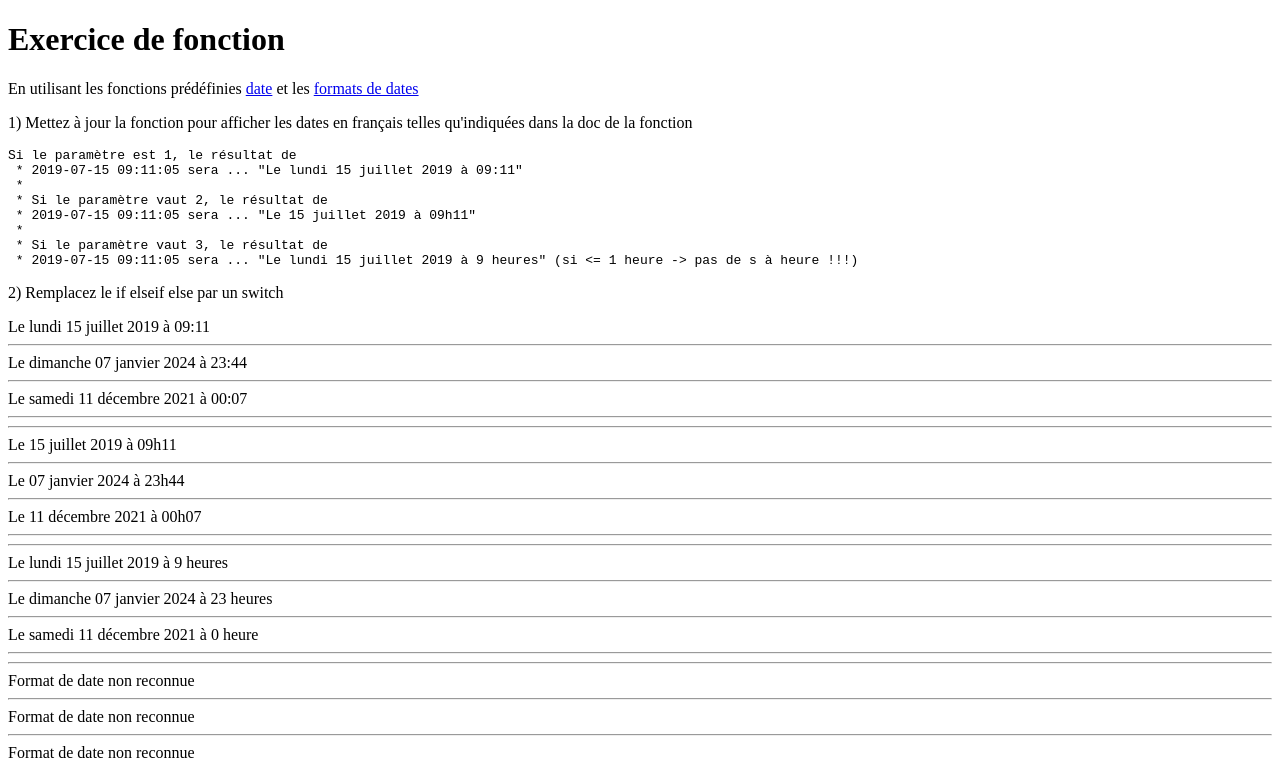
Repository: WebDevCF2m2021/base-php-2021
Page: http://localhost/20-dates-en-francais.php
An editor plug-in stored every save of this project. The page is shown before and after the next save, followed by the edit.
The browser window is 1280 px wide. The pictures show the whole page.
The page is run by PHP 8.4 with error messages shown; the project is at /var/www/html/.

Above is the page before, as saved 2021-09-20 18:35:35.

### 20-dates-en-francais.php
<?php

/**
 * frenchDate
 *
 * Permet de transformer une date au format datetime (en français YYYY-MM-JJ HH:MM:SS - en date("Y-m-d H:i/s"))
 *
 * Si le paramètre est 1, le résultat de
 * 2019-07-15 09:11:05 sera ... "Le lundi 15 juillet 2019 à 09:11"
 *
 * Si le paramètre vaut 2, le résultat de
 * 2019-07-15 09:11:05 sera ... "Le 15 juillet 2019 à 09h11"
 *
 * Si le paramètre vaut 3, le résultat de
 * 2019-07-15 09:11:05 sera ... "Le lundi 15 juillet 2019 à 9 heures" (si <= 1 heure -> pas de s à heure !!!)
 *
 * @param  String $date
 * @return String
 */
function frenchDate($date,$format=1){

    // sortie
    $out="";

    // Les jours en français
    $joursTab = ["dimanche","lundi","mardi","mercredi","jeudi","vendredi","samedi"];

    // Les mois en français, on le fait commencer à 1, car l'expression "n" de date nous donne les mois de 1 (janvier) à 12 (décembre)
    $moisTab = [1=>"janvier","février","mars","avril","mai","juin","juillet","août","septembre","octobre","novembre","décembre"];

    // transformation de la date en Timestamp (secondes depuis le 1/1/1970 )
    $date = strtotime($date);
    // A transformer en switch
    if($format===1){
        $out.="Le "
                .$joursTab[date("w",$date)]." " // jour de la semaine en français
                .date("d",$date)." " // chiffre du jour
                .$moisTab[date("n",$date)]." " // mois en français
                .date("Y à H:i",$date); // année / heures / minutes
    }elseif($format===2){
        $out.="Le "
        .date("d",$date)." " // chiffre du jour
        .$moisTab[date("n",$date)]." " // mois en français
        .date("Y à H\hi",$date); // année / heures / minutes
    }elseif($format===3){
        $out.="Le "
        .$joursTab[date("w",$date)]." " // jour de la semaine en français
        .date("d",$date)." " // chiffre du jour
        .$moisTab[date("n",$date)]." " // mois en français
        .date("Y",$date); // année / heures / minutes
        if(intval(date("H",$date))>1){
            $out.=date(" à G",$date)." heures";
        }else{
            $out.=date(" à G",$date)." heure";
        }
/*         if(date("Y",$date)){}else{} */
    }else{
         return "Format de date non reconnue";
    }
    return $out;
}

// date en datetime
$date1 = "2019-07-15 09:11:05";
$date2 = "2024-01-07 23:44:17";
$date3 = "2021-12-10 24:07:17";


?>
<!DOCTYPE html>
<html lang="en">
<head>
    <meta charset="UTF-8">
    <meta http-equiv="X-UA-Compatible" content="IE=edge">
    <meta name="viewport" content="width=device-width, initial-scale=1.0">
    <title>Exercice</title>
</head>
<body>
    <h1>Exercice de fonction</h1>
    <p>En utilisant les fonctions prédéfinies <a href="https://www.php.net/manual/fr/function.date.php" target="_blank">date</a> et les <a href="https://www.php.net/manual/fr/datetime.format.php" target="_blank" rel="noopener noreferrer">formats de dates</a>   </p>
    <p>1) Mettez à jour la fonction pour afficher les dates en français telles qu'indiquées dans la doc de la fonction</p>
    <pre>Si le paramètre est 1, le résultat de
 * 2019-07-15 09:11:05 sera ... "Le lundi 15 juillet 2019 à 09:11"
 *
 * Si le paramètre vaut 2, le résultat de
 * 2019-07-15 09:11:05 sera ... "Le 15 juillet 2019 à 09h11"
 *
 * Si le paramètre vaut 3, le résultat de
 * 2019-07-15 09:11:05 sera ... "Le lundi 15 juillet 2019 à 9 heures" (si <= 1 heure -> pas de s à heure !!!)</pre>
    <p>2) Remplacez le if elseif else par un switch</p>
   <?php
   echo frenchDate($date1);
   echo "<hr>";
   echo frenchDate($date2);
   echo "<hr>";
   echo frenchDate($date3);
   echo "<hr><hr>";
   echo frenchDate($date1,2);
   echo "<hr>";
   echo frenchDate($date2,2);
   echo "<hr>";
   echo frenchDate($date3,2);
   echo "<hr><hr>";
   echo frenchDate($date1,3);
   echo "<hr>";
   echo frenchDate($date2,3);
   echo "<hr>";
   echo frenchDate($date3,3);
   echo "<hr><hr>";
   echo frenchDate($date1,4);
   echo "<hr>";
   echo frenchDate($date2,4);
   echo "<hr>";
   echo frenchDate($date3,4);
   ?>
</body>
</html>

After the next save:
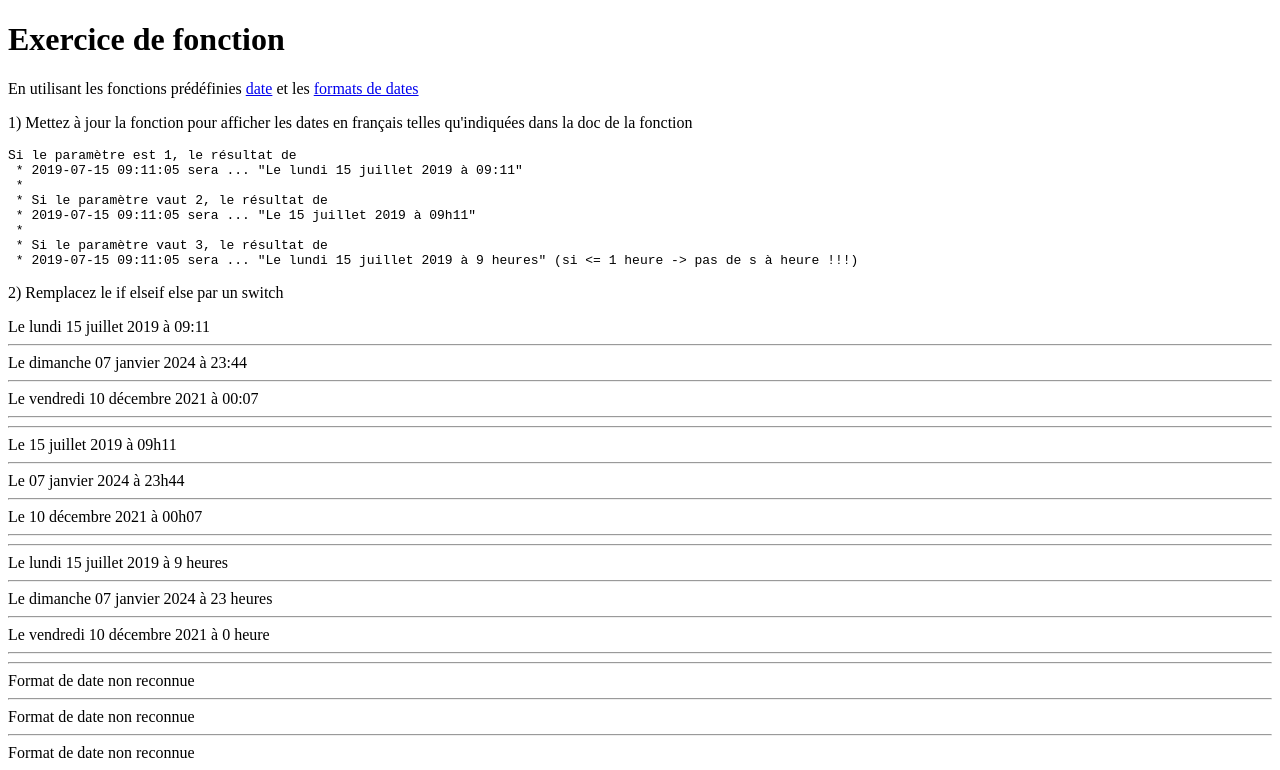
Saved 6 s later.
--- a/20-dates-en-francais.php
+++ b/20-dates-en-francais.php
@@ -63,7 +63,7 @@ function frenchDate($date,$format=1){
 // date en datetime
 $date1 = "2019-07-15 09:11:05";
 $date2 = "2024-01-07 23:44:17";
-$date3 = "2021-12-10 24:07:17";
+$date3 = "2021-12-10 00:07:17";
 
 
 ?>
